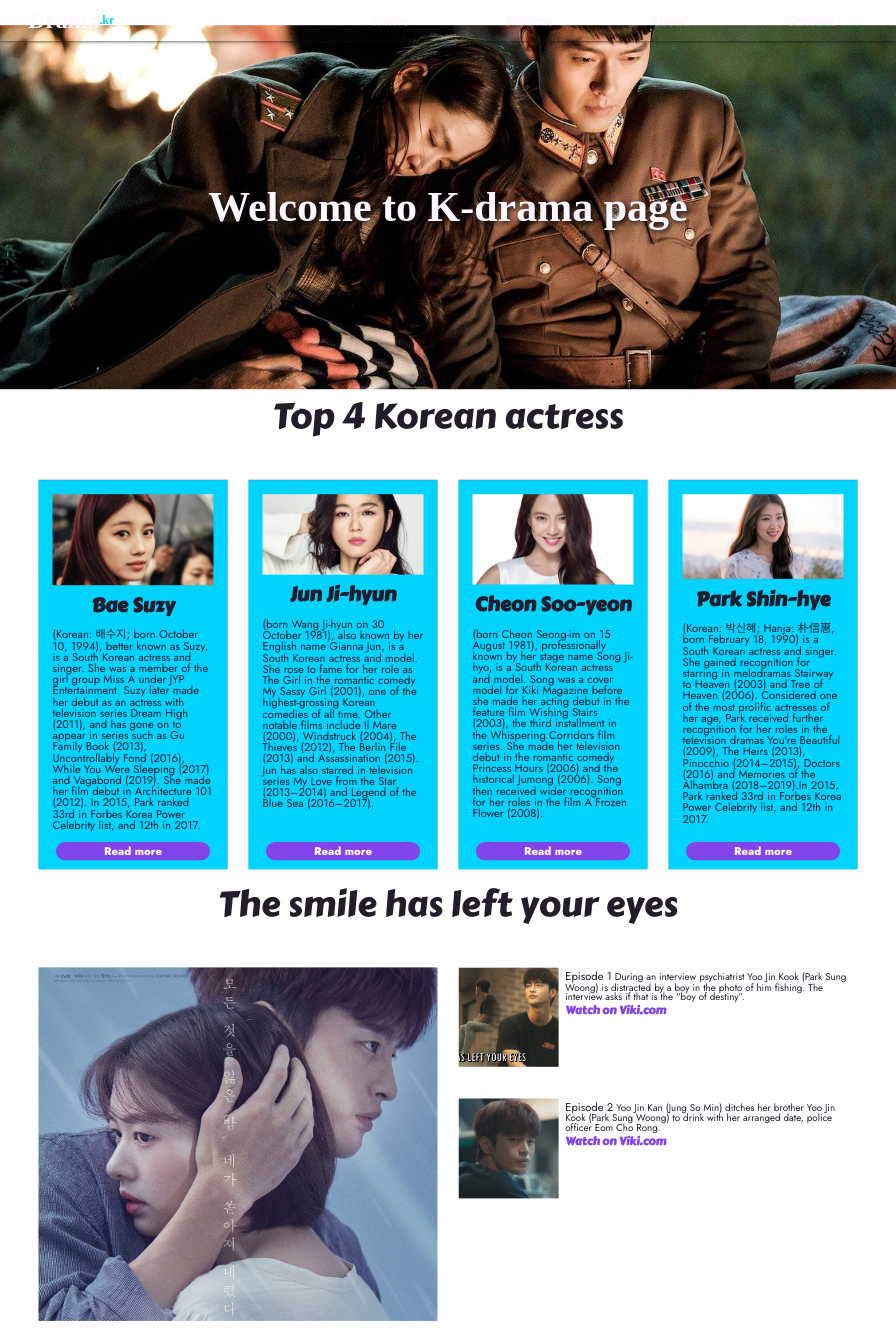
Repository: michalskirobert/K-drama-website
Page: index.html
The author's editor kept a copy of each file at every save. The page is drawn from the files as they stood at one save, then again after the next save.
The browser window is 1280 px wide. The pictures show the part of the page from y = 0 to 1920 px (the page is 2752 px tall), at 70% of full size.
A picture or video elsewhere on the page could not be fetched, so the positions and the page height are approximate. Some web fonts or font styles are not loaded; a fallback is used.

Above is the page before, as saved 2020-10-29 22:24:50.

### index.html
<!DOCTYPE html>
<html lang="en">

<head>
  <meta charset="UTF-8" />
  <meta name="viewport" content="width=device-width, initial-scale=1.0" />
  <meta name="author" content="Robert Michalski" />
  <meta name="description" content="Websie about K-drama" />
  <meta name="keywords" content="k-drama, korea, south" />
  <link rel="stylesheet" href="./css/style.css" />
  <link
    href="https://fonts.googleapis.com/css2?family=Roboto:ital,wght@0,100;0,300;0,400;0,500;0,700;0,900;1,100;1,300;1,400;1,500;1,700;1,900&display=swap"
    rel="stylesheet">
  <meta property="og:site_name" content="K-dramas" />
  <meta property="og:url" content="www.example.com" />
  <meta property="og:type" content="website" />
  <meta name="title" property="og:title" content="K-dramas are awesome!" />
  <meta name="image" property="og:image" content="./image/banner.jpg" />
  <meta property="og:image:type" content="image/png">
  <meta property="og:image:width" content="1024">
  <meta property="og:image:height" content="1024">
  <title>K-drama world</title>
</head>

<body>
  <header>
    <nav>
      <a href="./index.html" class="logo">Drama<span>.kr</span></a>
      <ul class="nav-list">
        <li><a href="#" class="nav-links">Home</a></li>
        <li><a href="#" class="nav-links">Dramas</a></li>
        <li><a href="#" class="nav-links">About</a></li>
        <li><a href="#" class="nav-links">Contact</a></li>
      </ul>
    </nav>
  </header>
  <main>
    <section class="banner">
      <div class="vertical__text">
        <h2>Welcome to K-drama page</h2>
      </div>
    </section>
    <section class="home main--box">
      <h1>Top 4 Korean actress</h1>
      <div class="container">
        <div class="box__item">
          <div class="box">
            <img src="./img/actress/bae__suzy.jpg" alt="Bae Suzy" id="suzyBae" /></a>
            <h2>Bae Suzy</h2>
            <p>
              (Korean: 배수지; born October 10, 1994), better known as Suzy, is a South Korean actress and
              singer. She was a member of the girl group Miss A under JYP Entertainment. Suzy later made her debut as an
              actress with television series Dream High (2011), and has gone on to appear in series such as Gu Family
              Book (2013), Uncontrollably Fond (2016), While You Were Sleeping (2017) and Vagabond (2019). She made her
              film debut in Architecture 101 (2012). In 2015, Park ranked 33rd in Forbes Korea Power Celebrity list, and
              12th in 2017.
            </p>
            <div class="btn__item">
              <a href="https://en.wikipedia.org/wiki/Bae_Suzy" target="_blank" class="box__button">Read more</a>
            </div>
          </div>
        </div>
        <div class="box__item">
          <div class="box">
            <img src="./img/actress/Jun_Ji_Hyun.jpg" alt="Jun ji hyun" id="junJiHyun">
            <h2>Jun Ji-hyun</h2>
            <p>
              (born Wang Ji-hyun on 30 October 1981), also known by her English name Gianna Jun, is a South
              Korean actress and model. She rose to fame for her role as The Girl in the romantic comedy My Sassy Girl
              (2001), one of the highest-grossing Korean comedies of all time. Other notable films include Il Mare
              (2000), Windstruck (2004), The Thieves (2012), The Berlin File (2013) and Assassination (2015).
              Jun has also starred in television series My Love from the Star (2013–2014) and Legend of the Blue Sea
              (2016–2017).
            </p>
            <div class="btn__item">
            <a href="https://en.wikipedia.org/wiki/Jun_Ji-hyun" target="_blank" class="box__button">Read more</a>
            </div>
          </div>
        </div>
        <div class="box__item">
          <div class="box">
            <img src="./img/actress/song-ji-hyo.jpg" alt="Cheon Soo-yeon" id="cheonSooYeon" />
            <h2>Cheon Soo-yeon</h2>
            <p>
              (born Cheon Seong-im on 15 August 1981), professionally known by her stage name Song Ji-hyo, is a South
              Korean actress and model. Song was a cover model for Kiki Magazine before she made her acting debut in the
              feature film Wishing Stairs (2003), the third installment in the Whispering Corridors film series. She
              made her television debut in the romantic comedy Princess Hours (2006) and the historical Jumong (2006).
              Song then received wider recognition for her roles in the film A Frozen Flower (2008).
            </p>
            <div class="btn__item">
            <a href="https://en.wikipedia.org/wiki/Song_Ji-hyo" class="box__button">Read more</a>
            </div>
          </div>
        </div>
        <div class="box__item">
          <div class="box">
            <img src="./img/actress/park_shinhye.jpg" alt="Park Shin-hye" id="parkShinHye" />
            <h2>Park Shin-hye</h2>
            <p>
              (Korean: 박신혜; Hanja: 朴信惠, born February 18, 1990) is a South Korean actress and singer. She gained
              recognition for starring in melodramas Stairway to Heaven (2003) and Tree of Heaven (2006). Considered one
              of the most prolific actresses of her age, Park received further recognition for her roles in the
              television dramas You're Beautiful (2009), The Heirs (2013), Pinocchio (2014–2015), Doctors (2016) and
              Memories of the Alhambra (2018–2019).In 2015, Park ranked 33rd in Forbes Korea Power Celebrity list, and
              12th in 2017.
            </p>
            <div class="btn__item">
            <a href="https://en.wikipedia.org/wiki/Park_Shin-hye" target="_blank" class="box__button">Read more</a>
            </div>
          </div>
        </div>
      </div>
      </div>
    </section>
    <section class="drama__list">
      <h2>The smile has left your eyes</h2>
      <div class="container container--drama">
        <div class="image__container__item">
          <img src="./img/dramas/theSmileHasLeftYourEyes.jpg" alt="">
        </div>
        <div class="drama__container">
          <div class="box__item box__item--drama">
            <div class="box box--drama">
              <img src="./img/dramas/tshlEp1.jpg" alt="">
              <p>
                <b>Episode 1</b>
                During an interview psychiatrist Yoo Jin Kook (Park Sung Woong) is distracted by a boy in the photo of
                him fishing. The interview asks if that is the “boy of destiny”.
              </p>
              <a href="https://www.viki.com/tv/36185c-the-smile-has-left-your-eyes" target="_blank">Watch on
                Viki.com</a>
            </div>
          </div>
          <div class="box__item box__item--drama">
            <div class="box box--drama">
              <img src="./img/dramas/tshlEp2.jpg" alt="">
              <p>
                <b>Episode 2</b>
                Yoo Jin Kan (Jung So Min) ditches her brother Yoo Jin Kook (Park Sung Woong) to drink with her arranged
                date, police officer Eom Cho Rong.
              </p>
              <a href="https://www.viki.com/tv/36185c-the-smile-has-left-your-eyes" target="_blank">Watch on
                Viki.com</a>
            </div>
          </div>
        </div>
      </div>
      <h2>Descendants of the Sun</h2>
      <div class="container container--drama">
        <div class="image__container__item desc">
          <img src="./img/dramas/Descendants_of_the_Sun.jpg" alt="Descendants of the Sun">
        </div>
        <div class="content__box">
          <p>Descendants of the Sun (Korean: 태양의 후예; RR: Taeyang-ui Huye) is a 2016 South Korean television series
            starring Song Joong-ki, Song Hye-kyo, Jin Goo, and Kim Ji-won. It aired on KBS2 from February 24
            to April 14, 2016 for 16 episodes. KBS then aired three additional special episodes from April 20 to
            April 22, 2016 containing highlights and the best scenes from the series, the drama's production process,
            behind-the-scenes footage, commentaries from cast members and the final epilogue. <br>

            The series was a major hit in South Korea where it drew a peak audience share of 38.8%. It received
            several awards, such as winning the Grand Prize in television at the 52nd Baeksang Arts Awards; and was
            named the Most Popular Show of the year by Korea Broadcasting Advertising Corporation. <br>

            The show was broadcast across Asia where it was hugely popular and has been credited with a rise in
            tourism to Korea. A local adaptation has aired in Vietnam and adaptations are planned in
            China and the Philippines.. The actors in the show also received international recognition.
          </p>
          <a href="https://www.viki.com/tv/23205c-descendants-of-the-sun">Watch on Viki.com</a>
        </div>
      </div>
      </div>
      </div>
    </section>
  </main>
  <footer>
    <div class="container__footer">
      <div class="nav__item">
        <ul class="nav-list footer">
          <li><b class="footerHeading">Menu</b></li>
          <li><a href="#">Home</a></li>
          <li><a href="#">Dramas</a></li>
          <li><a href="#">About</a></li>
          <li><a href="#">Contact</a></li>
        </ul>
        <ul class="social-media">
          <li><b class="footerHeading">Social Media</b></li>
          <li><a href="#">Facebook</a></li>
          <li><a href="#">Twitter</a></li>
          <li><a href="#">YouTube</a></li>
          <li><a href="#">Instagram</a></li>
        </ul>
        <ul class="service">
          <li><b class="footerHeading">Service</b></li>
          <li><a href="#">Support</a></li>
          <li><a href="#">Join us</a></li>
          <li><a href="#">Label</a></li>
          <li><a href="#">Shop</a></li>
        </ul>
        <ul class="partners">
          <li><b class="footerHeading">Partners</b></li>
          <li><a href="#">Viki.com</a></li>
          <li><a href="#">Enjoy.com</a></li>
          <li><a href="#">SoutKorea.kr</a></li>
          <li><a href="#">Naver.com</a></li>
        </ul>
      </div>
      <div class="form__newsletter">
        <div id="hidden__communicate">
        </div>
        <label for="mail">Newsletter</label>
        <input type="email" name="mail" id="valid__mail" placeholder="your e-mail"><input type="submit" value="Send"
          id="button" onclick="sendButton()">
      </div>
  </footer>
</body>
<script type="text/javascript" src="./js/index.js"></script>

</html>

### css/style.css
/*made by Robert Michalski*/

@import "reset.css";

/* carter-one-regular - latin */
@font-face {
  display: swap;
  font-family: "Carter One";
  font-style: normal;
  font-weight: 400;
  src: local("Carter One"), local("CarterOne"),
    url("./fonts/carter-one-v12-latin-regular.woff2") format("woff2"),
    /* Chrome 26+, Opera 23+, Firefox 39+ */
      url("./fonts/carter-one-v12-latin-regular.woff") format("woff"); /* Chrome 6+, Firefox 3.6+, IE 9+, Safari 5.1+ */
}

/* gloria-hallelujah-regular - latin */
@font-face {
  display: swap;
  font-family: "Gloria Hallelujah";
  font-style: normal;
  font-weight: 400;
  src: local("Gloria Hallelujah"), local("GloriaHallelujah"),
    url("./fonts/gloria-hallelujah-v12-latin-regular.woff2") format("woff2"),
    /* Chrome 26+, Opera 23+, Firefox 39+ */
      url("./fonts/gloria-hallelujah-v12-latin-regular.woff") format("woff"); /* Chrome 6+, Firefox 3.6+, IE 9+, Safari 5.1+ */
}

/* jost-regular - latin */
@font-face {
  font-family: "Jost";
  font-style: normal;
  font-weight: 400;
  src: local(""), url("./fonts/jost-v4-latin-regular.woff2") format("woff2"),
    /* Chrome 26+, Opera 23+, Firefox 39+ */
      url("./fonts/jost-v4-latin-regular.woff") format("woff"); /* Chrome 6+, Firefox 3.6+, IE 9+, Safari 5.1+ */
}
/* jost-600 - latin */
@font-face {
  font-family: "Jost";
  font-style: normal;
  font-weight: 600;
  src: local(""), url("./fonts/jost-v4-latin-600.woff2") format("woff2"),
    /* Chrome 26+, Opera 23+, Firefox 39+ */
      url("./fonts/jost-v4-latin-600.woff") format("woff"); /* Chrome 6+, Firefox 3.6+, IE 9+, Safari 5.1+ */
}
/* jost-800 - latin */
@font-face {
  font-family: "Jost";
  font-style: normal;
  font-weight: 800;
  src: local(""), url("./fonts/jost-v4-latin-800.woff2") format("woff2"),
    /* Chrome 26+, Opera 23+, Firefox 39+ */
      url("./fonts/jost-v4-latin-800.woff") format("woff"); /* Chrome 6+, Firefox 3.6+, IE 9+, Safari 5.1+ */
}
/* jost-italic - latin */
@font-face {
  font-family: "Jost";
  font-style: italic;
  font-weight: 400;
  src: local(""), url("./fonts/jost-v4-latin-italic.woff2") format("woff2"),
    /* Chrome 26+, Opera 23+, Firefox 39+ */
      url("./fonts/jost-v4-latin-italic.woff") format("woff"); /* Chrome 6+, Firefox 3.6+, IE 9+, Safari 5.1+ */
}

:root {
  --ff-primary: "Jost", sans-serif;
  --ff-secondary: "Carter One";
  --ff-unique: "Gloria Hallelujah";

  --fw-h2: 600;
  --fw-h3: 900;
  --fw-p: 400;

  --fs-h1: 30px;
  --fs-h2: 28px;
  --fs-h3: 20px;
  --fs-p: 16px;

  --crl-primary: #8343ea;
  --crl-secondary: #9d89b3;
  --crl-tertiary: #00d3ff;
  --crl-default: #231c2b;
  --crl-basic: #fdf7ff;
}

*,
*::after,
*::before {
  box-sizing: border-box;
  margin: 0;
  padding: 0;
  text-decoration: none;
  font-family: var(--ff-primary);
  color: var(--crl-default);
}

header {
  width: 100vw;
  position: fixed;
  background-image:  none;
  max-height: 12vh;
  box-shadow: 0 0 5px #111;
  padding-bottom: 15px;
  z-index: 255;
}

header.active {
  background-image: linear-gradient(
    to right top,
    #8343ea,
    #8b52e0,
    #9160d6,
    #966dcb,
    #9a79c1,
    #9685c7,
    #9390cc,
    #939acf,
    #83a8e1,
    #6cb6f0,
    #4ac5f9,
    #00d3fd
  );
}

@media screen and (min-width: 768px) {
  header {
    padding: 0;
  }
}

nav {
  display: flex;
  flex-direction: column;
  align-items: center;
}

main {
  padding-top: 5vh;
}

h1,
h2,
h3,
h4,
h5,
h6 {
  font-family: var(--ff-secondary);
  padding: 15px 0;
}

h1,
h2 {
  text-align: center;
  margin: 0 auto;
}

h1 {
  font-size: var(--fs-h1);
}

h2 {
  font-size: var(--fs-h2);
}

h3 {
  font-size: var(--fs-h3);
}

p,
b,
i,
label {
  font-family: var(--ff-primary);
  font-size: var(--fs-p);
}

i {
  font-weight: 400;
}

.box__button {
  font-family: var(--ff-primary);
}

@media only screen and (min-width: 768px) {
  nav {
    display: flex;
    flex-direction: row;
    flex-wrap: wrap;
    align-items: center;
    justify-content: space-between;
    padding: 0 25px;
  }
}

.logo {
  font-size: 34px;
  color: var(--crl-basic);
  font-family: var(--ff-unique);
  display: flex;
  align-items: center;
  line-height: 50px;
}

@media screen and (min-width: 768px) {
  .logo {
    width: 55px;
  }
}

.logo span {
  color: var(--crl-tertiary);
  font-size: 0.5em;
  transition: font-size 0.5s ease;
}

.logo:hover {
  font-size: 34px;
  color: var(--crl-tertiary);
}

.logo:hover > span {
  color: var(--crl-default);
  font-size: 34px;
}

.nav-list {
  display: flex;
  list-style: none;
  justify-content: space-around;
}

.nav-list li {
  padding-left: 15px;
}

.nav-links {
  color: var(--crl-basic);
  font-size: 18px;
}

.nav-links:hover,
.nav-links:focus {
  color: var(--crl-tertiary);
  font-size: 18px;
  font-weight: bold;
  transition: 0.5s ease;
  border: none;
}

.container {
  padding-top: 50px;
  max-width: 1200px;
  display: flex;
  flex-direction: column;
}

.container img {
  text-align: center;
  margin: 0 auto;
  display: block;
  width: 100%;
}

.box__item h2 {
  font-size: var(--fs-h2);
  font-weight: var(--fw-h2);
  margin-bottom: 5px;
}
.box {
  display: flex;
  position: relative;
  flex-direction: column;
  padding: 20px;
  box-shadow: 0 0 2px #111;
  overflow: hidden;
  height: calc(100% + 35px);
  background-color: var(--crl-tertiary);
}

.box--drama {
  background-color: transparent;
}

.banner {
  background-image: url(./../img/banner.jpg);
  background-position: center;
  background-size: cover;
  background-repeat: no-repeat;
  height: calc(100vh - 200px);
  width: 100%;
  display: table;
}
.vertical__text {
  display: table-cell;
  vertical-align: middle;
}
.banner h2 {
  font-size: 60px;
  font-weight: 900;
  line-height: 70px;
  color: var(--crl-basic);
  text-align: center;
  text-shadow: 2px 2px 8px #111;
  display: block;
  font-family: var(--ff-unique);
}
.box__item {
  display: flex;
  margin-bottom: 15px;
  padding: 0 15px 30px 15px;
}
a {
  font-family: var(--ff-secondary);
  color: var(--crl-primary);
  font-weight: bold;
}
a:hover {
  color: red;
  font-size: 17px;
  font-weight: 900;
  transition: 0.5s;
}
@media only screen and (min-width: 768px) {
  .container {
    margin-top: 50px;
    flex-direction: row;
    flex-wrap: wrap;
  }
  .box__item {
    display: flex;
    flex-basis: 50%;
    padding: 0 15px 30px 15px;
  }
}

.box__button {
  display: inline-block;
  width: calc(100% - 50px);
  font-size: 16px;
  border: none;
  color: var(--crl-basic);
  font-weight: 900;
  padding: 5px;
  border-radius: 150px;
  background-color: var(--crl-primary);
}
.box__button:hover {
  background-color: var(--crl-secondary);
  color: var(--crl-basic);
  padding: 8px;
  transition: 0.5s ease-in-out;
}

@media only screen and (min-width: 1200px) {
  .logo {
    display: flex;
    align-content: center;
    float: left;
    margin-left: 15px;
    line-height: normal;
  }
  .container {
    display: flex;
    flex-direction: row;
    flex-wrap: wrap;
    width: 100%;
    margin: 0 auto;
  }
  .box__item {
    flex-basis: 25%;
  }
  .nav-list {
    margin-left: auto;
    width: 800px;
    height: 8vh;
    align-items: center;
  }
  .content__box {
    flex-basis: 50%;
  }
  .desc {
    width: 600px;
  }
}

.image__container__item {
  padding: 0 15px 30px 15px;
}

.box.box--drama {
  display: block;
  padding: 0;
  align-items: center;
  border: none;
  box-shadow: none;
}
.box.box--drama p {
  margin-left: 10px;
  padding: 5px;
  font-size: 14px;
}
.box.box--drama img {
  margin-right: 10px;
  width: 30%;
  float: left;
}
h3 {
  font-size: 18px;
  font-weight: 900;
  height: fit-content;
}
.drama__title {
  display: block;
}
.content__box {
  padding: 0 15px 30px 15px;
}

@media only screen and (min-width: 768px) {
  h1,
  h2 {
    font-size: 50px;
  }
  .image__container__item {
    display: flex;
    align-items: center;
    max-width: 50%;
  }
  .box.box--drama {
    padding: 0;
    align-items: center;
  }
  .box.box--drama img {
    float: left;
    margin-top: 0;
    margin-right: 10px;
    width: 25%;
  }
  .drama__container {
    display: flex;
    flex-direction: column;
    max-width: 1200px;
    flex-basis: 50%;
  }
  .content__box {
    padding: 0 15px 30px 15px;
  }
  .desc > img {
    width: 100%;
  }
  .desc {
    margin: 0 auto;
    text-align: center;
    display: block;
    max-width: 1200px;
  }
}

footer {
  width: 100%;
  background-color: var(--crl-default);
  height: fit-content;
  display: flex;
  flex-direction: column;
}
.container__footer {
  display: flex;
  padding: 15px 0;
  flex-wrap: wrap;
  justify-content: center;
}
.nav-list.footer {
  display: flex;
  flex-direction: column;
  padding: 0 20px 0;
  flex-basis: 50%;
}

.nav-list.footer a,
.service a,
.social-media a,
.partners a {
  color: var(--crl-basic);
  line-height: 26px;
}

footer label,
footer h3,
footer p {
  color: var(--crl-secondary);
  font-weight: var(--fw-h2);
}

#hidden__communicate {
  display: none;
  color: green;
  margin-bottom: 2px;
  font-weight: 900;
}

#hidden__communicate::after {
  content: " ✔️";
}
footer h3::after {
  content: url(./../img/letter.png);
  margin-left: 5px;
}

.form__newsletter {
  padding-top: 30px;
  position: relative;
  margin: 0 auto;
}

footer [type="submit"] {
  background-color: var(--crl-primary);
  color: var(--crl-basic);
  border: none;
  padding: 7px;
  font-weight: 900;
  width: 75px;
  transition: background-color 0.5s ease;
}
footer [type="submit"]:hover {
  background-color: var(--crl-secondary);
}
input {
  padding: 5px;
}

.footerHeading {
  color: var(--crl-secondary);
  font-weight: 900;
  font-size: 20px;
  line-height: 50px;
}
.social-media,
.service,
.partners {
  flex-basis: 50%;
  padding: 0 20px 0;
}
.nav__item {
  display: flex;
  flex-wrap: wrap;
  flex-direction: row;
  align-items: center;
  justify-content: flex-start;
}

.btn__item {
  width: 100%;
  text-align: center;
  padding-top: 25px;
}

@media only screen and (min-width: 1200px) {
  .nav__item {
    display: flex;
    flex-wrap: nowrap;
    flex-direction: row;
    align-items: center;
    justify-content: flex-start;
  }
}

@media only screen and (min-width: 765px) {
  .btn__item {
    width: 100%;
    text-align: center;
    position: absolute;
    left: 0;
    right: 0;
    top: 93%;
    padding: 0;
  }
}

### css/reset.css
html, body, div, span, applet, object, iframe,
h1, h2, h3, h4, h5, h6, p, blockquote, pre,
a, abbr, acronym, address, big, cite, code,
del, dfn, em, img, ins, kbd, q, s, samp,
small, strike, strong, sub, sup, tt, var,
b, u, i, center,
dl, dt, dd, ol, ul, li,
fieldset, form, label, legend,
table, caption, tbody, tfoot, thead, tr, th, td,
article, aside, canvas, details, embed,
figure, figcaption, footer, header, hgroup,
menu, nav, output, ruby, section, summary,
time, mark, audio, video {
	margin: 0;
	padding: 0;
	border: 0;
	outline: 0;
	font-size: 100%;
	font: inherit;
	vertical-align: baseline;
	background: transparent;
}
/* HTML5 display-role reset for older browsers */
article, aside, details, figcaption, figure,
footer, header, hgroup, menu, nav, section {
	display: block;
}
body {
	line-height: 1;
}
ol, ul {
	list-style: none;
}
blockquote, q {
	quotes: none;
}
blockquote:before, blockquote:after,
q:before, q:after {
	content: '';
	content: none;
}
table {
	border-collapse: collapse;
	border-spacing: 0;
}

### js/index.js
window.onscroll= () => {
  const header = document.querySelector("header");

  if (document.documentElement.scrollTop > 80) {
    header.classList.add("active");
  }else {
    header.classList.remove("active");
  }
}

function sendButton() {
  let button = document.getElementById("button");
  let comm = document.getElementById("hidden__communicate");
  if ((comm.style.display = "none")) {
    comm.style.display = "block";
    comm.innerHTML = "Your request has been sent";
    comm.style.marginBottom ="25px";
    button.style.color = "white";
    button.style.background = "green";
  } else {
  }
}

After the next save:
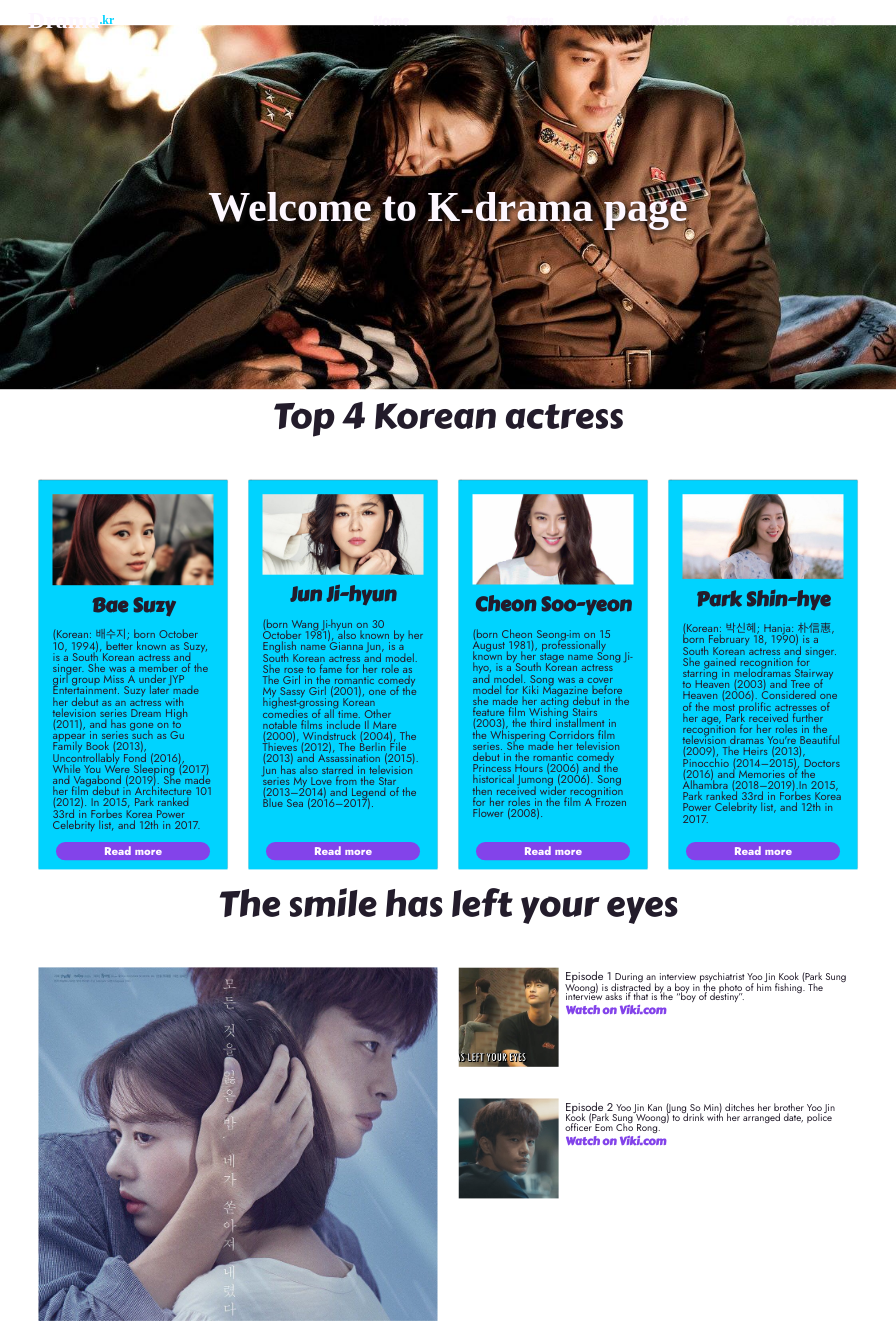
Saved 26 s later.
--- a/css/style.css
+++ b/css/style.css
@@ -100,7 +100,7 @@
   position: fixed;
   background-image:  none;
   max-height: 12vh;
-  box-shadow: 0 0 5px #111;
+  box-shadow: none;
   padding-bottom: 15px;
   z-index: 255;
 }
@@ -121,6 +121,7 @@
     #4ac5f9,
     #00d3fd
   );
+  box-shadow: 0 0 5px #111;
 }
 
 @media screen and (min-width: 768px) {
